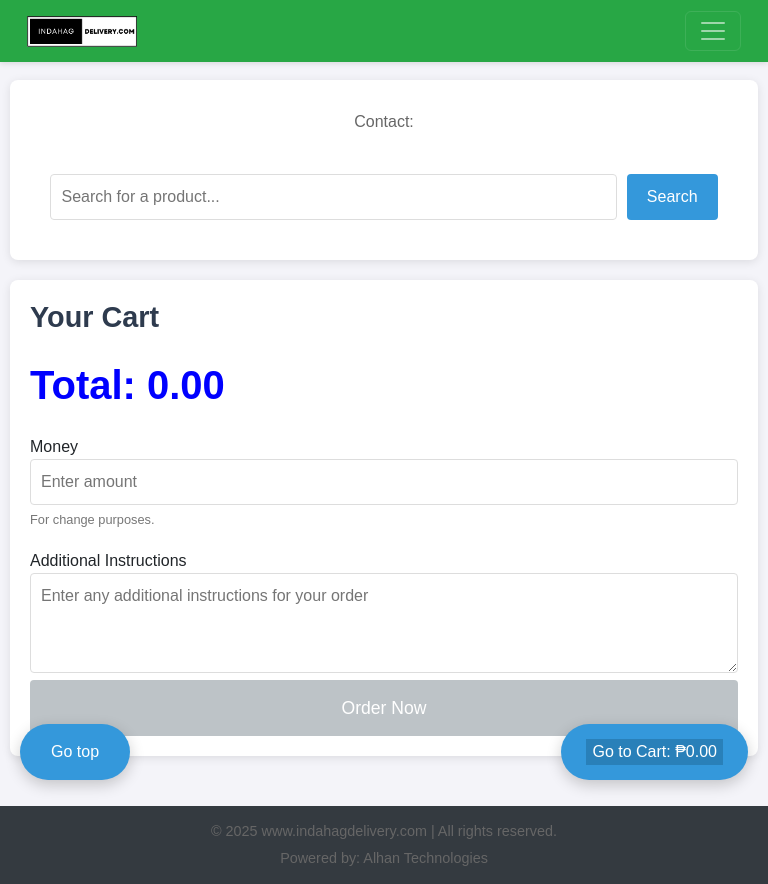
Repository: Jijiluzana225/indahagdelivery.com
Page: store/templates/store/store_products.html
An editor plug-in stored every save of this project. The page is shown before and after the next save, followed by the edit.
The browser window is 768 px wide. The pictures show the whole page.
The pointer rests on the first visible `.go-to-cart button`.
The template is drawn by Django 5.2. The application's start-up code is not run. Other server files are loaded and not shown. The template is opened directly, without the code that normally fills it, so the values that code supplies are empty.

Above is the page before, as saved 2025-01-23 12:40:05.

### store/templates/store/store_products.html
{% extends 'store/base.html' %}

{% block title %}Order from {{ store.name }}{% endblock %}

{% block content %}

<style>
    /* General Styles */
    body {
        font-family: Arial, sans-serif;
        margin: 0;
        padding: 0;
        background-color: #f4f4f9;
    }

    h1, h2, h3 {
        color: #333;
        font-weight: 600;
    }

    p {
        font-size: 1rem;
        color: #666;
        margin-bottom: 0.5rem;
    }

    /* Container for left and right columns */
    .container {
        display: flex;
        justify-content: space-between;
        padding: 5px;
        max-width: 1200px;
        margin: 0 auto;
        flex-wrap: wrap;
    }

    /* Left column - product listing */
    .left-column {
        width: 65%;
        padding: 20px;
        background-color: #fff;
        box-shadow: 0 2px 10px rgba(0, 0, 0, 0.1);
        border-radius: 8px;
        overflow: hidden;
    }

    .left-column h1 {
        font-size: 2rem;
        color: #2e3b4e;
    }

    .left-column p {
        font-size: 1rem;
        margin-bottom: 20px;
    }

    .search-box {
        margin-bottom: 20px;
        display: flex;
        justify-content: center;
    }

    .search-box input {
        width: 80%;
        padding: 10px;
        font-size: 1rem;
        border-radius: 4px;
        border: 1px solid #ddd;
        margin-right: 10px;
    }

    .search-box button {
        background-color: #3498db;
        color: #fff;
        padding: 10px 20px;
        border: none;
        border-radius: 4px;
        cursor: pointer;
    }

    .search-box button:hover {
        background-color: #2980b9;
    }

    .products {
        display: grid;
        grid-template-columns: repeat(auto-fill, minmax(250px, 1fr));
        gap: 20px;
    }

    /* Individual Product Cards */
    .product-card {
        background-color: #fff;
        border: 1px solid #ddd;
        border-radius: 8px;
        padding: 15px;
        box-shadow: 0 2px 8px rgba(0, 0, 0, 0.1);
        text-align: center;
        transition: transform 0.3s ease, box-shadow 0.3s ease;
    }

    .product-card:hover {
        transform: scale(1.05);
        box-shadow: 0 4px 16px rgba(0, 0, 0, 0.2);
    }

    .product-card img {
        max-width: 100%;
        height: auto;
        border-radius: 8px;
    }

    .product-card h3 {
        font-size: 1.2rem;
        color: #2e3b4e;
        margin: 10px 0;
    }

    .product-card p {
        font-size: 0.9rem;
        color: #777;
    }

    .product-card .formatted-price {
        font-size: 1.1rem;
        color: #e74c3c;
        font-weight: bold;
    }

    .product-card button {
        background-color: #28a745;
        color: #fff;
        padding: 10px 20px;
        border: none;
        border-radius: 4px;
        cursor: pointer;
        font-size: 1rem;
        transition: background-color 0.3s ease;
    }

    .product-card button:hover {
        background-color: #218838;
    }

    /* Spacing Between Qty and Add to Cart button */
    .product-card label {
        display: block;
        margin-bottom: 5px;
        font-size: 0.9rem;
        color: #555;
    }

    .product-card input[type="number"] {
        width: 60px;
        padding: 5px;
        margin-bottom: 15px; /* Space between input and button */
        border-radius: 4px;
        border: 1px solid #ddd;
        text-align: center;
        font-size: 1rem;
    }

    /* Right Column - Cart */
    .right-column {
        width: 30%;
        padding: 20px;
        background-color: #fff;
        box-shadow: 0 2px 10px rgba(0, 0, 0, 0.1);
        border-radius: 8px;
        position: sticky;
        top: 20px;
    }

    .right-column h2 {
        font-size: 1.8rem;
        color: #2e3b4e;
        margin-bottom: 20px;
    }

    .cart-items {
        margin-bottom: 20px;
    }

    .cart-item {
        display: flex;
        justify-content: space-between;
        align-items: center;
        padding: 10px 0;
        border-bottom: 1px solid #ddd;
    }

    .cart-item p {
        font-size: 0.85rem; /* Smaller font size */
        color: #333;
    }

    .cart-item input {
        width: 50px;
        padding: 5px;
        border-radius: 4px;
        border: 1px solid #ddd;
        text-align: center;
    }

    .cart-item button {
        background-color: #e74c3c;
        color: #fff;
        border: none;
        padding: 5px 10px;
        border-radius: 4px;
        cursor: pointer;
    }

    .cart-item button:hover {
        background-color: #c0392b;
    }

    .cart-total {
        font-size: 0.9rem; /* Smaller font size */
        font-weight: bold;
        color: #333;
        margin-top: 20px;
    }

    .money-input {
        margin-top: 20px;
    }

    .money-input input {
        width: 100%;
        padding: 10px;
        border-radius: 4px;
        border: 1px solid #ddd;
    }

    .money-input small {
        font-size: 0.8rem;
        color: #777;
        display: block;
        margin-top: 5px;
    }

    .additional-instructions {
        margin-top: 20px;
    }

    .additional-instructions textarea {
        width: 100%;
        height: 100px;
        padding: 10px;
        border-radius: 4px;
        border: 1px solid #ddd;
        font-size: 1rem;
    }

    .order-button {
        background-color: #3498db;
        color: #fff;
        border: none;
        padding: 15px 20px;
        font-size: 1.1rem;
        border-radius: 4px;
        width: 100%;
        cursor: pointer;
        transition: background-color 0.3s ease;
    }

    .order-button:disabled {
        background-color: #bdc3c7;
        cursor: not-allowed;
    }

    .order-button:hover:not(:disabled) {
        background-color: #2980b9;
    }

    /* Responsive Design */
    /* Responsive Design */
@media (max-width: 768px) {
    .container {
        flex-direction: column;
        align-items: center;
    }

    .left-column, .right-column {
        width: 100%;
        margin-bottom: 20px;
    }

    .products {
        grid-template-columns: repeat(2, 1fr); /* Two columns on smaller screens */
        gap: 10px; /* Adjust spacing for smaller screens */
    }

    .store-header {
        display: flex;
        flex-direction: column;
        align-items: center;
        text-align: center;
        margin-bottom: 20px;
    }

    .store-header h1 {
        font-size: 2rem;
        color: #2e3b4e;
        margin-bottom: 10px;
    }

    .store-header p {
        font-size: 1rem;
        color: #666;
    }

    .product-card img {
        max-width: 80%;  /* Adjust this percentage to control the size */
        height: auto;
        border-radius: 8px;
    }

    .cart-items {
        font-size: 0.75rem; /* Smaller font size */
    }

    .cart-item p {
        font-size: 0.75rem; /* Smaller font size for cart item text */
    }


    /* Fixed Go to Cart Box */
    .go-to-cart-box {
        position: fixed;
        bottom: 20px;
        right: 20px;
        background-color: #3498db;
        color: #fff;
        padding: 15px 30px;
        border-radius: 8px;
        font-size: 1rem;
        cursor: pointer;
        box-shadow: 0 2px 10px rgba(0, 0, 0, 0.1);
        transition: background-color 0.3s ease;
    }

    /* Fixed Position Go to Cart Button */
.go-to-cart {
    position: fixed;
    bottom: 20px;
    right: 20px;
    background-color: #3498db;
    padding: 15px 25px;
    border-radius: 50px;
    color: white;
    font-size: 1rem;
    box-shadow: 0 5px 15px rgba(0, 0, 0, 0.2);
    cursor: pointer;
    z-index: 1000;
}

.go-to-cart button {
    background-color: transparent;
    border: none;
    color: white;
    font-size: 1rem;
    cursor: pointer;
}

.go-to-cart button:hover {
    background-color: #2980b9;
}

.go-to-top {
    position: fixed;
    bottom: 20px;
    left: 20px;
    background-color: #3498db;
    padding: 15px 25px;
    border-radius: 50px;
    color: white;
    font-size: 1rem;
    box-shadow: 0 5px 15px rgba(0, 0, 0, 0.2);
    cursor: pointer;
    z-index: 1000;
}

.go-to-top button {
    background-color: transparent;
    border: none;
    color: white;
    font-size: 1rem;
    cursor: pointer;
}

.go-to-top button:hover {
    background-color: #2980b9;
}



}



</style>

<div class="container">
    <div class="left-column">
        <div class="store-header">
        <h1>{{ store.name }}</h1>
        <p>Contact: {{ store.contact_number }}</p>
        </div>
        <!-- Search Box -->
        <div class="search-box">
            <input type="text" id="searchBox" placeholder="Search for a product..." onkeyup="filterProducts()">
            <button>Search</button>
        </div>

        <div class="products" id="products-list">
            {% for item in items %}
            <div class="product-card" data-name="{{ item.product.name|lower }}">
                <img src="{{ item.product.picture.url }}" alt="{{ item.product.name }}">
                <h3>{{ item.product.name }}</h3>
                <p>{{ item.product.description }}</p>
                <p>Price: <span class="formatted-price">{{ item.product.price }}</span></p>
                <label for="quantity-{{ item.id }}">Qty:</label>
                <input type="number" id="quantity-{{ item.id }}" name="quantity" min="1" value="1">
                <button onclick="addToCart({{ item.id }}, '{{ item.product.name }}', {{ item.product.price }})">Add to Cart</button>
            </div>
            {% endfor %}
        </div>
    </div>

    <!-- Right column (cart) -->
    <div class="right-column">
        <h2>Your Cart</h2>
        <div class="cart-items" id="cart-items"></div>
        <div class="cart-total" id="cart-total" style="font-size:40px; color:blue";>Total: 0.00</div>

       <div class="money-input">
            <label for="money">Money</label>
            <input type="number" id="money" name="money" placeholder="Enter amount">
            <small>For change purposes.</small>
        </div>

        <!-- Additional Instructions Section -->
        <div class="additional-instructions">
            <label for="additional-instructions">Additional Instructions</label>
            <textarea id="additional-instructions" placeholder="Enter any additional instructions for your order"></textarea>
        </div>

        <!-- Order Now Button -->
        <button class="order-button" id="orderButton" onclick="proceedToCheckout()" disabled>Order Now</button>
    </div>
</div>

<div class="go-to-top">
    <button onclick="scrollToCart()">Go top</button>
</div>

<div class="go-to-cart">

    <button onclick="scrollToCart()">Go to Cart: <span id="go-to-cart-total">₱0.00</span></button>
</div>

<script>



    // Function to update the cart total on the button
    function updateGoToCartButton() {
        const total = calculateTotalPrice();
        const formattedTotal = new Intl.NumberFormat('en-PH', {
            style: 'currency',
            currency: 'PHP',
            minimumFractionDigits: 2,
            maximumFractionDigits: 2
        }).format(total);

        document.getElementById('go-to-cart-total').innerText = formattedTotal;
    }

    // Function to scroll to the right-column (cart)
    function scrollToCart() {
        const cartSection = document.querySelector('.right-column');
        cartSection.scrollIntoView({ behavior: 'smooth' });
    }

    // Add this line inside your `addToCart()` function or any function that modifies the cart
   function renderCart() {
    const cartItemsContainer = document.getElementById('cart-items');
    const cartTotal = document.getElementById('cart-total');
    const orderButton = document.getElementById('orderButton');
    cartItemsContainer.innerHTML = '';
    let total = 0;

    // Loop through cart items and sum the total
    cart.forEach(item => {
        const itemTotal = item.price * item.quantity;
        total += itemTotal;

        cartItemsContainer.innerHTML += `
            <div class="cart-item">
                <p>${item.name}</p>
                <p>Price: ${formatPrice(item.price)}</p>
                <input type="number" min="1" value="${item.quantity}" onchange="updateCartItem(${item.id}, this.value)">
                <p>${formatPrice(itemTotal)}</p>
                <button onclick="deleteCartItem(${item.id})">×</button>
            </div>
        `;
    });

    // Add delivery fee to the total
    total += deliveryFee;

    // Update the total price display
    cartTotal.innerText = `Total: ${formatPrice(total)} (Including Delivery Fee: ${formatPrice(deliveryFee)})`;

    // Update "Go to Cart" button with new total
    updateGoToCartButton();

    // Enable the "Order Now" button only if the cart is not empty
    orderButton.disabled = cart.length === 0;
}


    function calculateTotalPrice() {
        return cart.reduce((total, item) => total + item.price * item.quantity, 0);
    }
</script>

<script>
    let cart = [];
    let deliveryFee = 50.00;  // Fixed delivery fee


    function formatPrice(price) {
        return new Intl.NumberFormat('en-US', { minimumFractionDigits: 2, maximumFractionDigits: 2 }).format(price);
    }

    function addToCart(itemId, itemName, itemPrice) {
        const quantity = parseInt(document.getElementById(`quantity-${itemId}`).value);
        const existingItem = cart.find(item => item.id === itemId);

        if (existingItem) {
            existingItem.quantity += quantity;
        } else {
            cart.push({ id: itemId, name: itemName, price: itemPrice, quantity: quantity });
        }

        renderCart();
    }

    function updateCartItem(itemId, newQuantity) {
        const item = cart.find(item => item.id === itemId);
        if (item) {
            item.quantity = newQuantity;
            renderCart();
        }
    }

    function deleteCartItem(itemId) {
        cart = cart.filter(item => item.id !== itemId);
        renderCart();
    }

    function renderCart() {
    const cartItemsContainer = document.getElementById('cart-items');
    const cartTotal = document.getElementById('cart-total');
    const orderButton = document.getElementById('orderButton');
    cartItemsContainer.innerHTML = '';
    let total = 0;

    // Loop through cart items and sum the total
    cart.forEach(item => {
        const itemTotal = item.price * item.quantity;
        total += itemTotal;

        cartItemsContainer.innerHTML += `
            <div class="cart-item">
                <p>${item.name}</p>
                <p>Price: ${formatPrice(item.price)}</p>
                <input type="number" min="1" value="${item.quantity}" onchange="updateCartItem(${item.id}, this.value)">
                <p>${formatPrice(itemTotal)}</p>
                <button onclick="deleteCartItem(${item.id})">×</button>
            </div>
        `;
    });

    // Add delivery fee to the total
    total += deliveryFee;

    // Update the total price display
    cartTotal.innerText = `Total: ${formatPrice(total)} (Including Delivery Fee: ${formatPrice(deliveryFee)})`;

    // Update "Go to Cart" button with new total
    updateGoToCartButton();

    // Enable the "Order Now" button only if the cart is not empty
    orderButton.disabled = cart.length === 0;
}

    function calculateTotalPrice() {
        return cart.reduce((total, item) => total + item.price * item.quantity, 0);
    }

    function proceedToCheckout() {
        const storeId = '{{ store.id }}';  // Assuming store.id is available
        const totalPrice = calculateTotalPrice();  // Total price from cart
        const cartItems = cart.map(item => `${item.name},${item.price},${item.quantity}`).join("|");

        const money = document.getElementById('money').value;
        const instructions = document.getElementById('additional-instructions').value;

        // Make the POST request
        fetch('/checkout/', {
            method: 'POST',
            headers: {
                'Content-Type': 'application/x-www-form-urlencoded',
                'X-CSRFToken': '{{ csrf_token }}'  // CSRF token
            },
            body: `store_id=${storeId}&total_price=${totalPrice}&cart_items=${cartItems}&money=${money}&instructions=${instructions}`
        })
        .then(response => response.json())
        .then(data => {
            if (data.success) {
                alert('Order placed successfully!');
                window.location.href = '/dashboard';
            } else {
                alert('There was an error placing your order.');
            }
        })
        .catch(error => console.error('Error:', error));
    }



    function filterProducts() {
        const searchTerm = document.getElementById("searchBox").value.toLowerCase();
        const productCards = document.querySelectorAll(".product-card");

        productCards.forEach(card => {
            const productName = card.getAttribute("data-name");
            if (productName.includes(searchTerm)) {
                card.style.display = "block";
            } else {
                card.style.display = "none";
            }
        });
    }

    function addToCart(itemId, itemName, itemPrice) {
        const quantity = parseInt(document.getElementById(`quantity-${itemId}`).value);
        const existingItem = cart.find(item => item.id === itemId);

        if (existingItem) {
            existingItem.quantity += quantity;
        } else {
            cart.push({ id: itemId, name: itemName, price: itemPrice, quantity: quantity });
        }

        renderCart();

        // Format itemPrice and total price to Philippine Pesos
        const formattedPrice = new Intl.NumberFormat('en-PH', {
            style: 'currency',
            currency: 'PHP',
            minimumFractionDigits: 2,
            maximumFractionDigits: 2
        }).format(itemPrice);

        const cartTotal = document.getElementById('cart-total').innerText;

        // Pop-up message with quantity, product name, formatted price, and cart total
        alert(`${quantity} ${itemName}(s) at ${formattedPrice}\n\nAdded to Cart\n\n${cartTotal}\n\n\nPlease review your CART at the bottom.`);
    }


    function updateOrderStatus(orderId, status) {
        fetch(`/update_order_status/${orderId}/`, {
            method: 'POST',
            headers: {
                'Content-Type': 'application/json',
                'X-CSRFToken': '{{ csrf_token }}'
            },
            body: JSON.stringify({ status: status })
        })
        .then(response => response.json())
        .then(data => {
            if (data.success) {
                alert('Order status updated');
            } else {
                alert('Failed to update status');
            }
        });
    }

    function updateGoToCartButton() {
        const total = calculateTotalPrice(); // Get the updated total of the cart
        const formattedTotal = new Intl.NumberFormat('en-PH', {
            style: 'currency',
            currency: 'PHP',
            minimumFractionDigits: 2,
            maximumFractionDigits: 2
        }).format(total); // Format the total as PHP currency

        document.getElementById('go-to-cart-total').innerText = formattedTotal; // Update the button's total display
    }

    // Function to scroll to the right-column (cart) when the button is clicked
    function scrollToCart() {
        const cartSection = document.querySelector('.right-column');
        cartSection.scrollIntoView({ behavior: 'smooth' });
    }

    // Function to calculate the total price of the cart
    function calculateTotalPrice() {
        return cart.reduce((total, item) => total + item.price * item.quantity, 0); // Sum of item prices * quantities
    }

    // Function to render the updated cart (including updating the "Go to Cart" button)
    function renderCart() {
        const cartItemsContainer = document.getElementById('cart-items');
        const cartTotal = document.getElementById('cart-total');
        const orderButton = document.getElementById('orderButton');
        cartItemsContainer.innerHTML = '';
        let total = 0;

        // Loop through the cart and display each item
        cart.forEach(item => {
            const itemTotal = item.price * item.quantity;
            total += itemTotal;

            cartItemsContainer.innerHTML += `
                <div class="cart-item">
                    <p>${item.name}</p>
                    <p>Price: ${formatPrice(item.price)}</p>
                    <input type="number" min="1" value="${item.quantity}" onchange="updateCartItem(${item.id}, this.value)">
                    <p>${formatPrice(itemTotal)}</p>
                    <button onclick="deleteCartItem(${item.id})">×</button>
                </div>
            `;
        });

        cartTotal.innerText = `Total: ${formatPrice(total)}`; // Update cart total display
        updateGoToCartButton(); // Update the "Go to Cart" button with the new total

        // Enable the "Order Now" button only if the cart is not empty
        orderButton.disabled = cart.length === 0;
    }

    // Function to format price as Philippine Pesos
    function formatPrice(price) {
        return new Intl.NumberFormat('en-PH', { minimumFractionDigits: 2, maximumFractionDigits: 2 }).format(price);
    }


    function proceedToCheckout() {
    const storeId = '{{ store.id }}';  // Assuming store.id is available
    const totalPrice = calculateTotalPrice();  // Total price from cart, including delivery fee
    const cartItems = cart.map(item => `${item.name},${item.price},${item.quantity}`).join("|");

    const money = document.getElementById('money').value;
    const instructions = document.getElementById('additional-instructions').value;

    // Make the POST request
    fetch('/checkout/', {
        method: 'POST',
        headers: {
            'Content-Type': 'application/x-www-form-urlencoded',
            'X-CSRFToken': '{{ csrf_token }}'  // CSRF token
        },
        body: `store_id=${storeId}&total_price=${totalPrice}&cart_items=${cartItems}&money=${money}&instructions=${instructions}&delivery_fee=${deliveryFee}`
    })
    .then(response => response.json())
    .then(data => {
        if (data.success) {
            alert('Order placed successfully!');
            window.location.href = '/dashboard';
        } else {
            alert('There was an error placing your order.');
        }
    })
    .catch(error => console.error('Error:', error));
}


</script>

{% endblock %}

Loaded but not shown: store/templates/store/base.html (146 lines, source omitted)

After the next save:
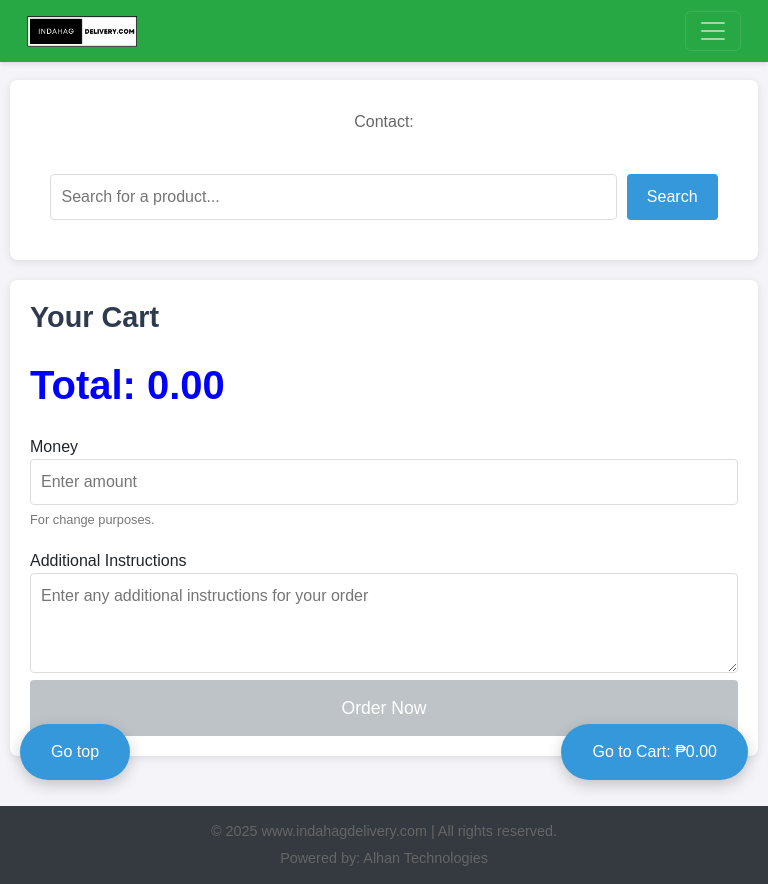
Saved 52 s later.
--- a/store/templates/store/store_products.html
+++ b/store/templates/store/store_products.html
@@ -364,9 +364,6 @@
     cursor: pointer;
 }
 
-.go-to-cart button:hover {
-    background-color: #2980b9;
-}
 
 .go-to-top {
     position: fixed;
@@ -390,9 +387,6 @@
     cursor: pointer;
 }
 
-.go-to-top button:hover {
-    background-color: #2980b9;
-}
 
 
 
